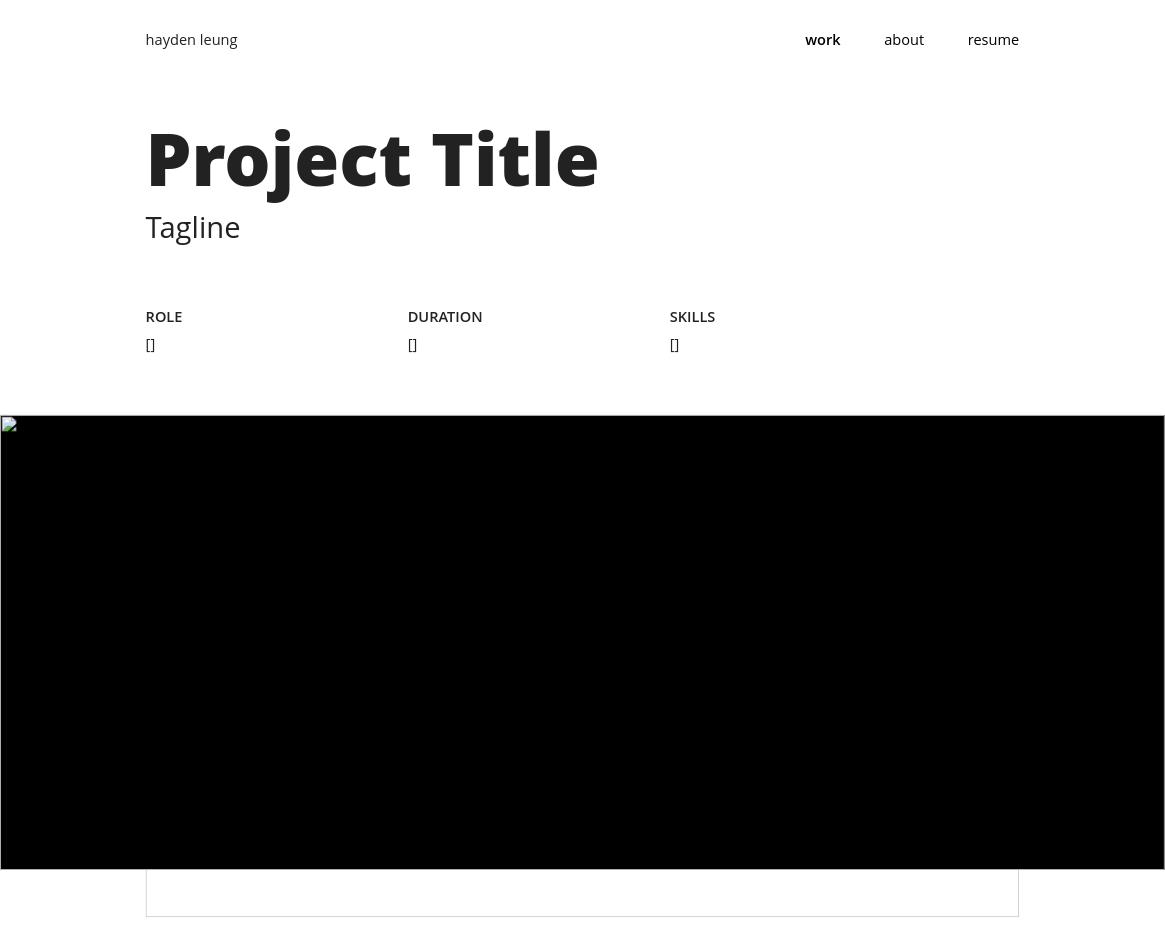
Repository: Haydenleung/Artifact
Page: /
These files come from the project's save history. The page is drawn as it stood at one moment and after the next save; the edit follows.
The browser window is 1280 px wide. The pictures show the whole page, at 91% of full size.
The project was rebuilt for these pictures with package versions that can differ from the ones it lists, and the page was loaded fresh each time. The framework's server and built-in components were replaced by stand-ins that run in the browser. Also part of the build but not shown: next.config.mjs.

Above is the page before, as saved 2024-01-29 00:07:40.

### src/pages/index.tsx
import Image from "next/image";
import Navbar from "@/components/Navbar";
import CaseStudy from "@/components/CaseStudy";

export default function Home() {
  return (
    <main className={"page"}>
      <Navbar />
      <div className={"caseStudy"}>
        <CaseStudy />
      </div>
    </main>
  )
}

### src/styles/globals.css
/* ==========================================================================
    [Table of contents]

    1. BASE
        1.1 Page Rendering Defaults
        1.2 Core Styling
        1.3 Typography
    2. LAYOUT
        2.1 Core Layout
        2.2 Small only
        2.3 medium and up
        2.4 Medium only
        2.5 large screens and up
    3. UTILITY classes
    4. PRINT

    ========================================================================== */

/* ==========================================================================
   BASE
   ========================================================================== */

/* 1.1 Page Rendering Defaults */

html {
  color: #222;
  font-size: 1em;
}

::-moz-selection {
  background: #b3d4fc;
  text-shadow: none;
}

::selection {
  background: #b3d4fc;
  text-shadow: none;
}

audio,
canvas,
iframe,
i,
img,
svg,
video {
  vertical-align: middle;
}

fieldset {
  border: 0;
  margin: 0;
  padding: 0;
}

textarea {
  resize: vertical;
}

/* 1.2 Core Styling */

/* refer to https://css-tricks.com/box-sizing/ */

*,
*:before,
*:after {
  box-sizing: border-box;
}

img {
  width: 100%;
}

/* 1.3 Typgraphy */

@import url('https://fonts.googleapis.com/css2?family=Open+Sans:ital,wght@0,300;0,400;0,500;0,600;0,700;0,800;1,300;1,400;1,500;1,600;1,700;1,800&display=swap');

h1,
h2,
h3,
h4,
h5,
h6 {
  font-weight: 400;
  /* text-align: center; */
  margin: 0;
}

h1 {
  font-size: 60pt;
  font-weight: 200;
}

h2 {
  font-size: 16pt;
}

h4 {
  font-size: 9pt;
}

h5 {
  font-size: 8pt;
}

* {
  font-family: 'Open Sans', sans-serif;
}


/* ==========================================================================
 2. LAYOUT
 ========================================================================== */

/* Helper to display empty layout containers*/

div,
main,
section,
footer,
header {
  /* outline: 1px solid #ccc; */
}

body {
  padding: 0;
  margin: 0;
}

/* 2.1 Core layout */

.row {
  display: grid;
  row-gap: 1rem;
}

.col {
  position: relative;
}

.page {
  display: flex;
  flex-direction: column;
  justify-content: center;
  align-items: center;
}

.caseStudy {
  width: 100%;
  padding: 2rem 10rem;
}

/* Navbar */

/* 2.2 Small only */

@media screen and (max-width: 39.9375em) {}

/* 2.3 medium and up */

@media screen and (min-width: 40em) {}

/* 2.4 Medium only */

@media screen and (min-width: 40em) and (max-width: 63.9375em) {}

/* 2.5 large screens and up 2.6 Large only */

/* @media screen and (min-width: 64em) {

} */

### src/components/Navbar/index.tsx
import styles from './navbar.module.css'
import Image from 'next/image'
import Link from 'next/link'
import { useState } from 'react'

export default function Navbar() {

    const [isPage, setIsPage] = useState("Work");

    return (
        <div className={styles.container}>
            <div className={styles.logo}>hayden leung</div>
            <div className={styles.pages}>
                <Link href="/" className={isPage === "Work" ? styles.bold : styles.normal}>work</Link>
                <Link href="/" className={isPage === "about" ? styles.bold : styles.normal}>about</Link>
                <Link href="/" className={isPage === "resume" ? styles.bold : styles.normal}>resume</Link>
            </div>
        </div>
    )
}

### src/components/CaseStudy/index.tsx
import Image from "next/image"
import styles from './casestudy.module.css'

export default function CaseStudy() {
    return (
        <div className={styles.project}>
            <div className={styles.titleSection}>
                <h1 className={styles.projetTitle}>Project Title</h1>
                <h3 className={styles.projectTag}>Tagline</h3>
                <div className={styles.projectInfo}>
                    <div>ROLE
                        <div>[]</div>
                    </div>
                    <div>DURATION
                        <div>[]</div>
                    </div>
                    <div>SKILLS
                        <div>[]</div>
                    </div>
                </div>
                <Image src="/" alt="" width={100} height={500} className={styles.projectCover} />
            </div>
            <div className={styles.introduction}>
                <div className={styles.introTitle}>Intorduction</div>
                <div className={styles.introBody}>Lorem ipsum dolor sit amet consectetur. Vulputate amet eu nunc dui. Cras tempus etiam vehicula non ut amet semper sit. Suspendisse ultricies duis nullam et varius sed pellentesque in id. Quis vel eu malesuada nisl etiam. Non in sem odio quis vehicula posuere. Quis adipiscing molestie nulla augue vestibulum porta et. Duis proin tortor vitae lorem eget. Urna sit at nec montes dignissim.</div>
            </div>
            <div className={styles.process}>
                <div className={styles.processTitle}>Intorduction</div>
                <Image src="/" alt="" width={100} height={100} />
            </div>
        </div>
    )
}

### src/components/Navbar/navbar.module.css
.container {
    /* background-color: lightgrey; */
    padding: 0.5rem;
    width: 100%;
    padding: 2rem 10rem;
    display: flex;
    flex-direction: row;
    justify-content: space-between;
    position: sticky;
    min-height: 44px;
}

.logo {}

.pages {
    display: flex;
    flex-direction: row;
    gap: 3rem;
}

.bold {
    font-weight: 600;
    color: black;
    text-decoration: none;
}

.normal {
    color: black;
    text-decoration: none;
}

### src/components/CaseStudy/casestudy.module.css
.project {
    display: flex;
    flex-direction: column;
    gap: 10rem;
}

.projetTitle {
    font-weight: 800;
}

.projectTag {
    font-size: 24pt;
    font-weight: 400;
}

.projectInfo {
    display: flex;
    flex-direction: row;
    padding: 4rem 0;
}

.projectInfo>div {
    width: 30%;
    font-weight: 600;
    line-height: 180%;
}

.projectInfo>div>div {
    width: 30%;
    font-weight: 400;
    line-height: 180%;
}

.projectCover {
    position: absolute;
    left: 0;
    width: 100%;
    background-color: black;
}

Loaded but not shown: src/pages/_app.tsx (common file); src/pages/_document.tsx (common file)

After the next save:
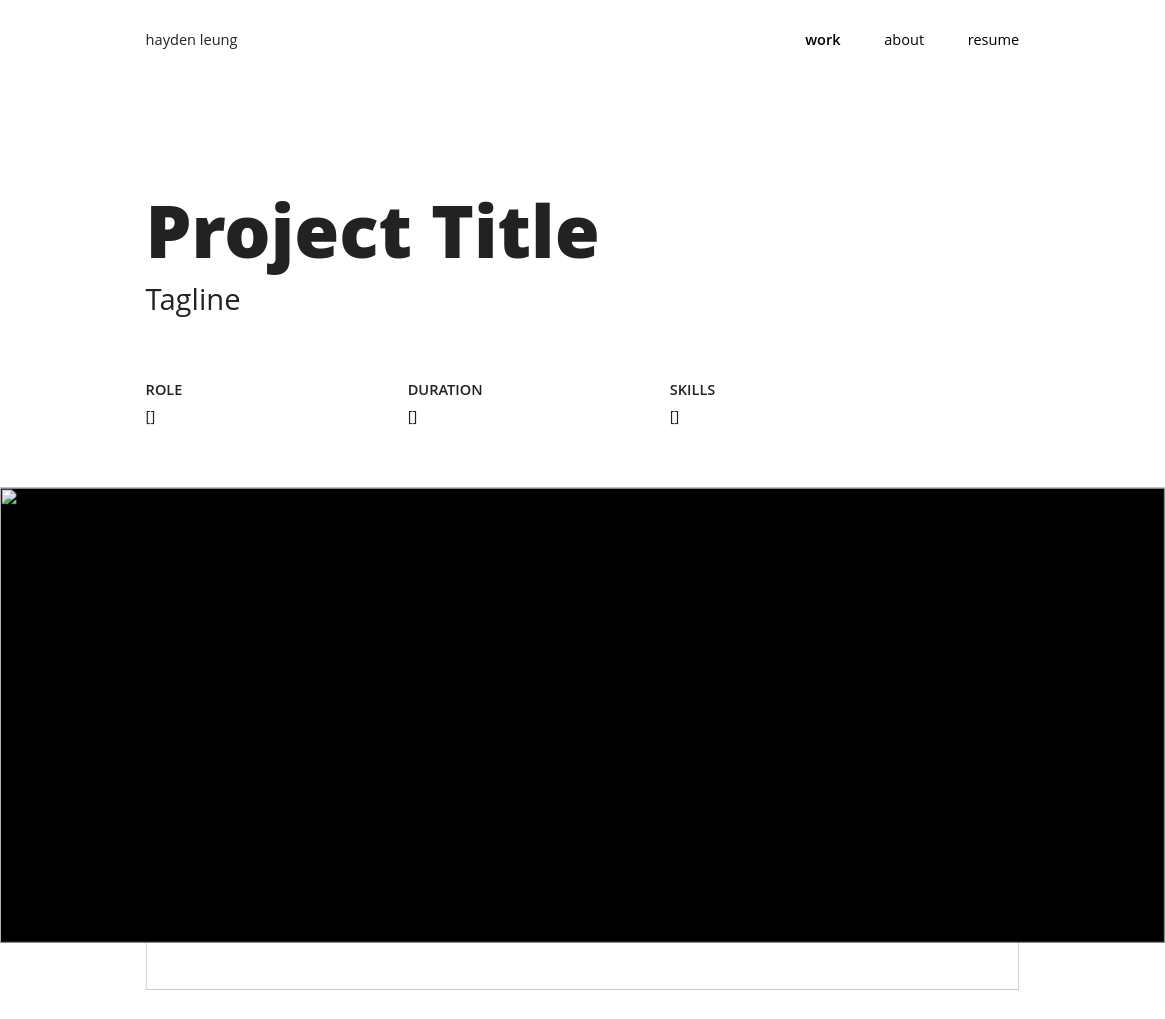
Saved 38 s later.
--- a/src/components/CaseStudy/casestudy.module.css
+++ b/src/components/CaseStudy/casestudy.module.css
@@ -2,6 +2,7 @@
     display: flex;
     flex-direction: column;
     gap: 10rem;
+    padding-top: 5rem;
 }
 
 .projetTitle {
